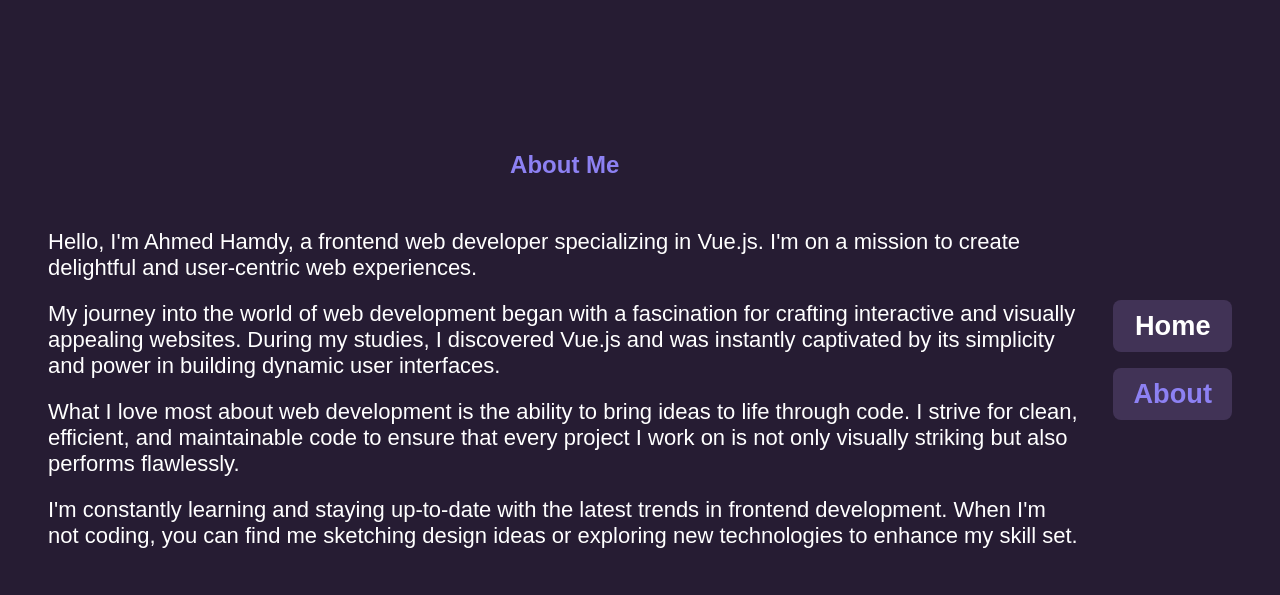
Repository: ahamdy997/portfolio
Page: /about
These files come from the project's save history. The page is drawn as it stood at one moment and after the next save; the edit follows.
The browser window is 1280 px wide. The pictures show the whole page.
The project was rebuilt for these pictures with package versions that can differ from the ones it lists, and the page was loaded fresh each time. Also part of the build but not shown: vue.config.js, src/components/HelloWorld.vue, src/views/HomeView.vue.

Above is the page before, as saved 2023-11-05 22:55:43.

### src/App.vue
<template>
  <div class="flex">
    <router-view />
    <header>
      <nav>
        <router-link to="/">Home</router-link>
        <router-link to="/about">About</router-link>
      </nav>
    </header>
  </div>
</template>

<style>
* {
  box-sizing: border-box;
  padding: 0;
  margin: 0;
}
#app {
  width: 100%;
  height: 100vh;
  display: flex;
  align-items: center;
  justify-content: space-between;
}
.flex {
  display: flex;
  align-items: center;
  justify-content: space-between;
  padding: 3rem;
  gap: 2rem;
}
header {
  font-size: 1.7rem;
}

nav {
  text-align: center;
  display: flex;
  flex-direction: column;
  gap: 1rem;
}
body {
  font-family: sans-serif;
  background: #261c33;
  color: #fff;
  width: 100vw;
}
nav a {
  font-weight: bold;
  color: #fff;
  text-decoration: none;
  border-radius: 8px;
  background-color: #56447092;
  padding: 10px 20px;
}
a:hover {
  color: rgba(137, 147, 200, 0.7);
}

nav a.router-link-exact-active {
  color: #8d81f3;
}
</style>

### src/views/AboutView.vue
<template>
  <div class="about">
    <h2>About Me</h2>
    <p>
      Hello, I'm Ahmed Hamdy, a frontend web developer specializing in Vue.js.
      I'm on a mission to create delightful and user-centric web experiences.
    </p>
    <p>
      My journey into the world of web development began with a fascination for
      crafting interactive and visually appealing websites. During my studies, I
      discovered Vue.js and was instantly captivated by its simplicity and power
      in building dynamic user interfaces.
    </p>
    <p>
      What I love most about web development is the ability to bring ideas to
      life through code. I strive for clean, efficient, and maintainable code to
      ensure that every project I work on is not only visually striking but also
      performs flawlessly.
    </p>
    <p>
      I'm constantly learning and staying up-to-date with the latest trends in
      frontend development. When I'm not coding, you can find me sketching
      design ideas or exploring new technologies to enhance my skill set.
    </p>
  </div>
</template>
<style scoped>
p {
  margin-bottom: 20px;
}
.about h2 {
  text-align: center;
  margin-bottom: 50px;
  font-size: 1.5rem;
  color: #8d81f3;
}
.about {
  text-align: start;
  font-size: 22px;
}
</style>

Loaded but not shown: public/index.html (common file); src/main.js (common file); src/router/index.js (common file)

After the next save:
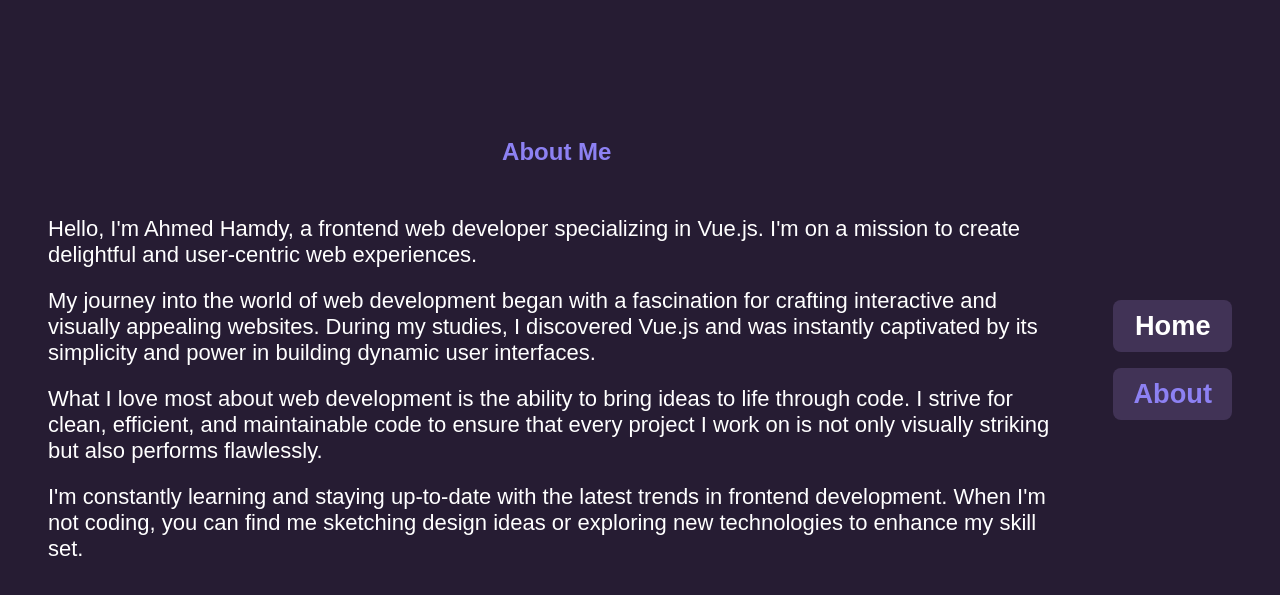
Saved 13 s later.
--- a/src/App.vue
+++ b/src/App.vue
@@ -28,7 +28,7 @@
   align-items: center;
   justify-content: space-between;
   padding: 3rem;
-  gap: 2rem;
+  gap: 3rem;
 }
 header {
   font-size: 1.7rem;
